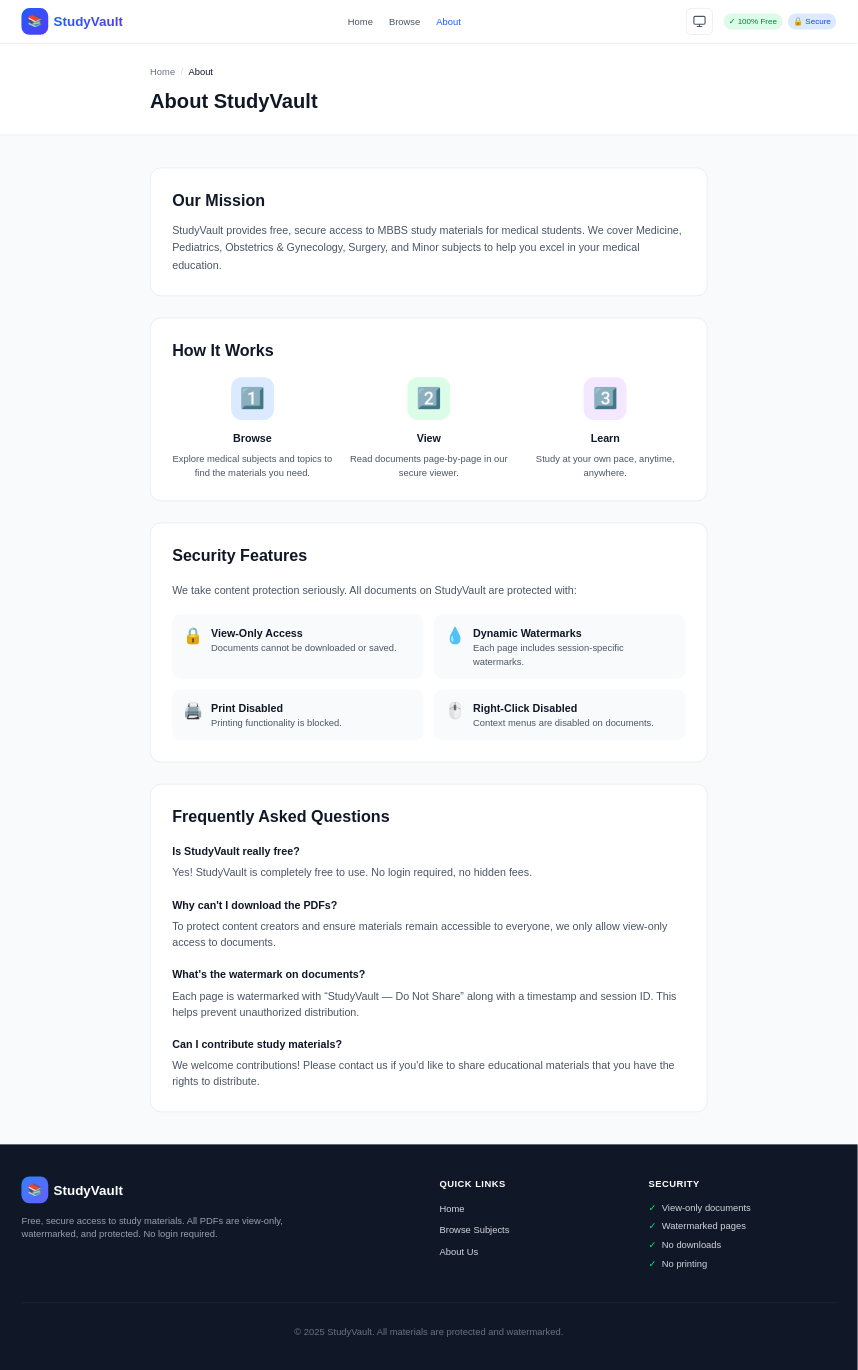
Repository: DiwanMalla/studyvault
Page: /about
An editor plug-in stored every save of this project. The page is shown before and after the next save, followed by the edit.
The browser window is 1280 px wide. The pictures show the whole page, at 67% of full size.
The project was rebuilt for these pictures with package versions that can differ from the ones it lists, and the page was loaded fresh each time. The framework's server and built-in components were replaced by stand-ins that run in the browser. Also part of the build but not shown: next.config.ts.

Above is the page before, as saved 2025-12-10 01:45:54.

After the next save:
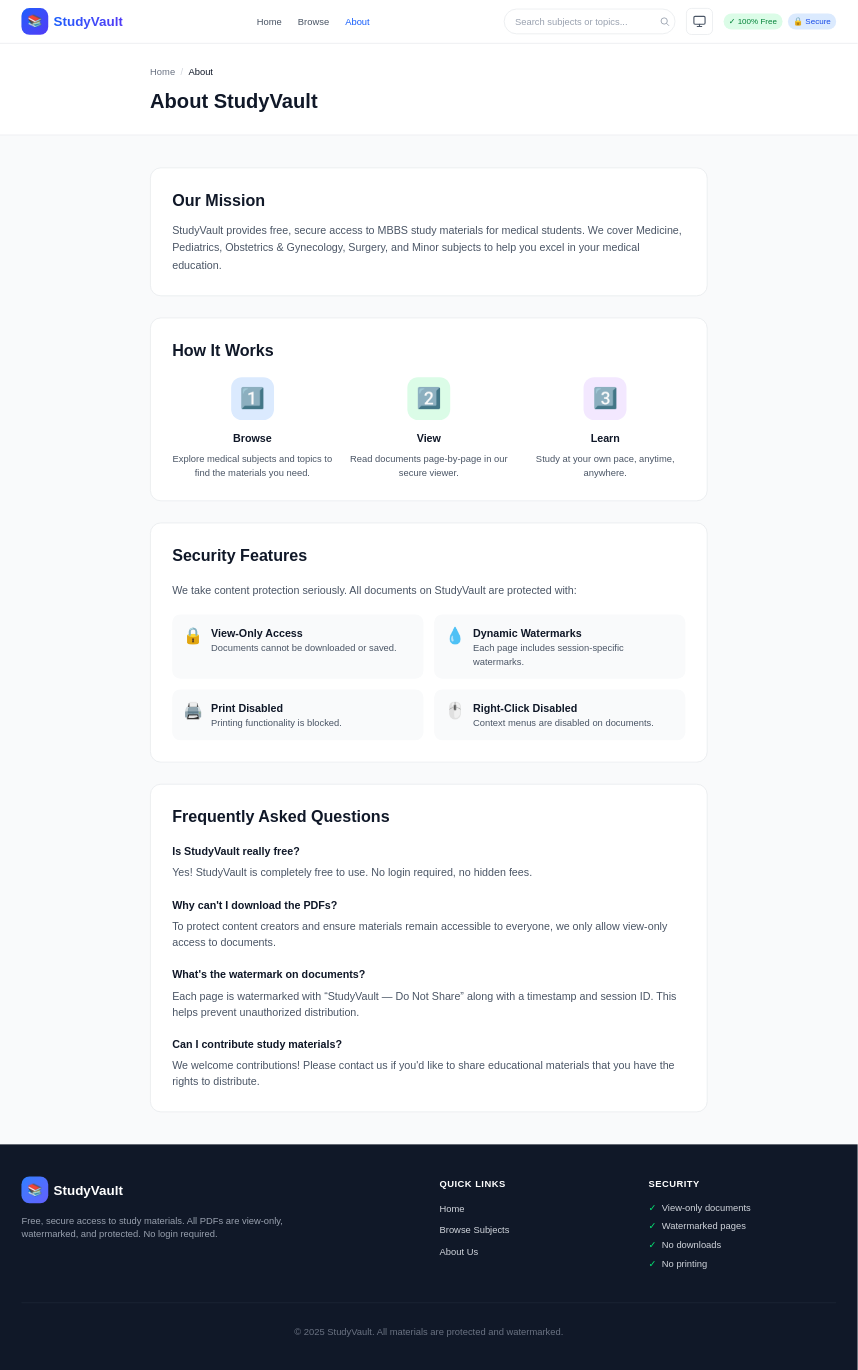
Saved 10 s later.
--- a/components/ui/header.tsx
+++ b/components/ui/header.tsx
@@ -3,6 +3,7 @@
 import Link from "next/link";
 import { usePathname } from "next/navigation";
 import { ThemeToggle } from "@/components/theme-toggle";
+import NavbarSearch from "@/components/ui/navbar-search";
 
 export default function Header() {
   const pathname = usePathname();
@@ -55,8 +56,9 @@ export default function Header() {
             </Link>
           </nav>
 
-          {/* CTA */}
+          {/* CTA + Search */}
           <div className="flex items-center gap-4">
+            <NavbarSearch />
             <ThemeToggle />
             <div className="hidden sm:flex items-center gap-2 text-sm text-gray-500">
               <span className="inline-flex items-center gap-1 px-2 py-1 rounded-full bg-green-100 text-green-700 text-xs font-medium">
